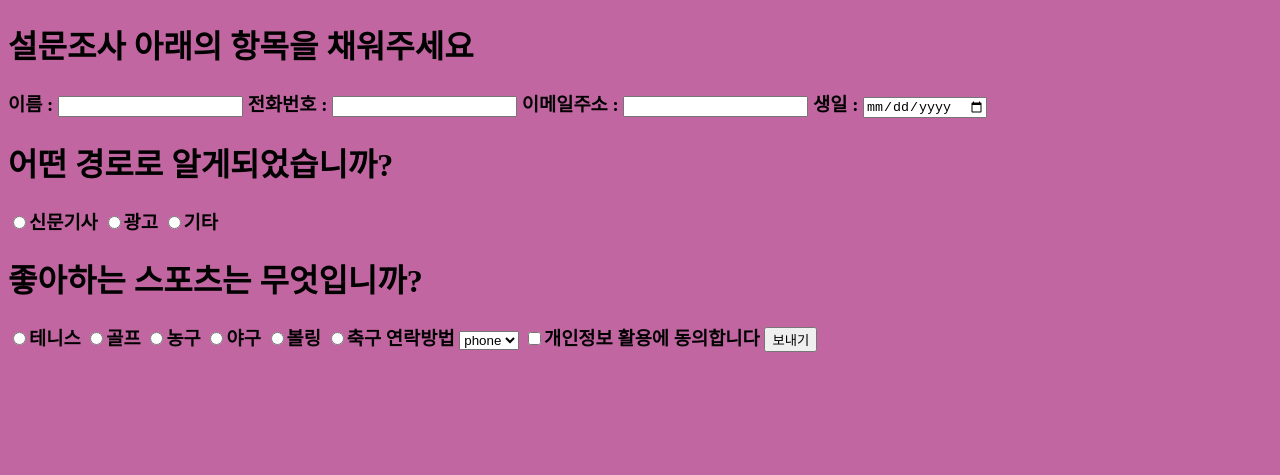
Repository: violetaplum/eclipseJSP
Page: http://localhost/JSP/jsp_DB/dao.jsp
An editor plug-in stored every save of this project. The page is shown before and after a run of saves, followed by the edit.
The browser window is 1280 px wide. The pictures show the whole page.
The page is served by Tomcat 9.

Above is the page before, as saved 2019-06-12 10:07:07.

After the next 2 saves:
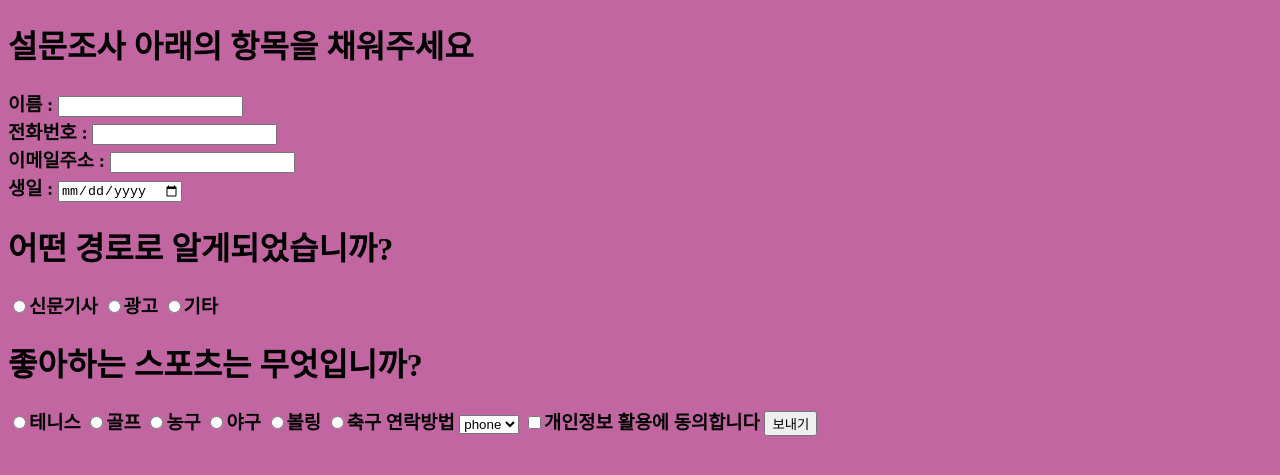
The 2 saves are shown as one change because they came seconds apart.
The last was saved 17 s later.
--- a/JSP/WebContent/jsp_DB/dao.jsp
+++ b/JSP/WebContent/jsp_DB/dao.jsp
@@ -36,10 +36,10 @@ ArrayList<TelInfoVO> tiArray = tidao.getAllInfo();
 아래의 항목을 채워주세요
 </h1>
 <h3>
-이름 : <input type="text" name="name" />
-전화번호 : <input type="text" name="tel" />
-이메일주소 : <input type="text" name="email" />
-생일 : <input type="date" name="birth" />
+이름 : <input type="text" name="name" /><br>
+전화번호 : <input type="text" name="tel" /><br>
+이메일주소 : <input type="text" name="email" /><br>
+생일 : <input type="date" name="birth" /><br>
 </h3>
 
 <h1>어떤 경로로 알게되었습니까?</h1><h3>
